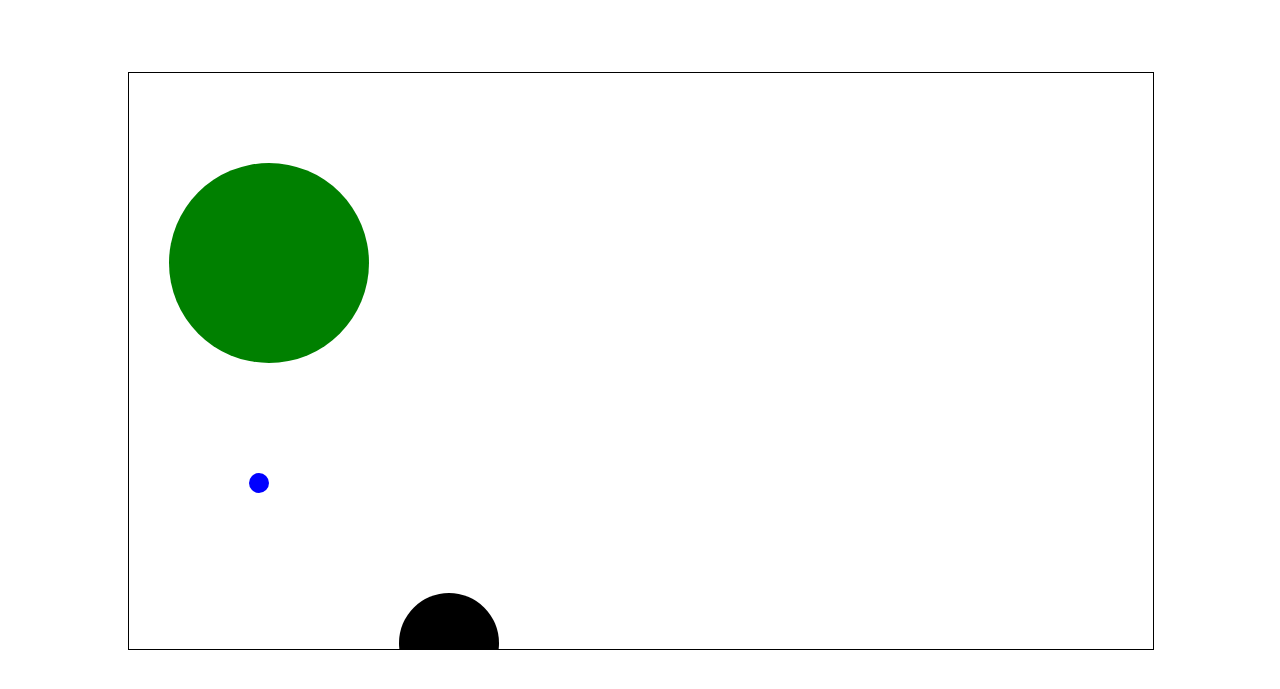
Repository: themoomooo/testgitajout
Page: index.html
These files come from the project's save history. The page is drawn as it stood at one moment and after a run of saves; the edit follows.
The browser window is 1280 px wide. The pictures show the whole page.

Above is the page before, as saved 2023-01-23 16:20:41.

### index.html
<!DOCTYPE html>
<html lang="en">
<head>
    <meta charset="UTF-8">
    <meta http-equiv="X-UA-Compatible" content="IE=edge">
    <meta name="viewport" content="width=device-width, initial-scale=1.0">
    <title>Document</title>
</head>
<body>
    <main style="position:absolute; top:10%; left:10%; width:80%;height:80%;border:1px solid #000; overflow:hidden"></main>

<script src="main.js"></script>
</body>

</html>

### main.js


let terrain = document.querySelector('main');

class Ball {
    constructor(x,y,width, height, color, radius){
        this.x=x;
        this.y=y;
        this.width = width;
        this.height = height;
        this.color = color;
        this.radius = radius;
        this.monojectDom = null;

        this.setOjectDom();
    }

    setOjectDom(){
        this.monOjectDom = document.createElement('div');
        this.monOjectDom.style = `position:relative ; top:${this.y}px ; left:${this.x}px; width:${this.width}px ; height:${this.height}px ; background:${this.color}; border-radius:${this.radius}px`;
    }
    getOjectDom(){

        return this.monOjectDom;

    }
    move(){
        this.x+=10;
        this.monOjectDom.style.left = `${this.x}px`;
    }

}




class Prog {

   constructor(terrain){
       this.terrain = terrain;
       this.balles = [];

   }
   add(ball){
    this.balles.push(ball);

   }

   run() {
    this.balles.forEach((ball)=>{
        this.terrain.appendChild(ball.getOjectDom());
    });

     this.move();
   }

    move(){
    for (let i = 0; i < this.balles.length; i++) {
        this.balles[i].move();
       }
    }
}




const monBallon = new Ball(100,150,50,50,'red',25);
const monBallon2 = new Ball(100,350,20,20,'blue',10);
const monBallon3 = new Ball(20,20,200,200,'green',100);
const monBallon4 = new Ball(250,250,100,100,'black',50);
const monprog = new Prog (terrain);
monprog.add(monBallon);
monprog.add(monBallon2);
monprog.add(monBallon3);
monprog.add(monBallon4);
monprog.run();
monprog.move();

/*
document.body.append(monBallon.getOjectDom(), monBallon2.getOjectDom());
 */

After the next 3 saves:
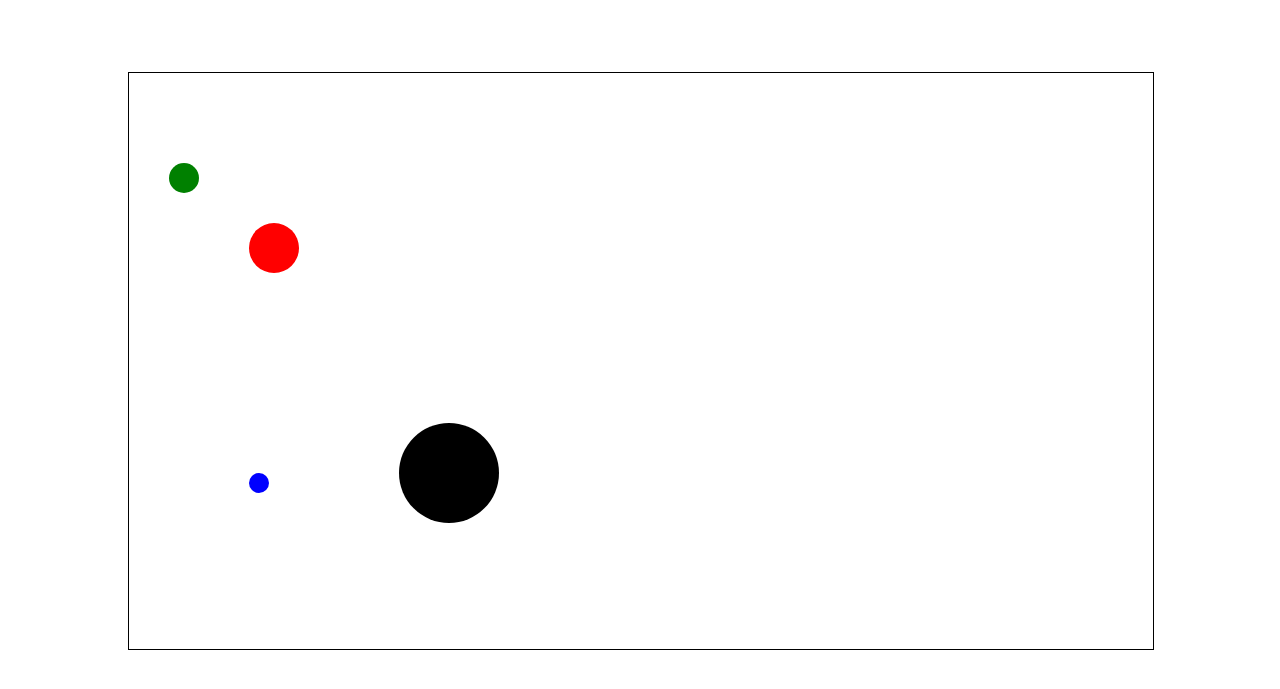
The 3 saves are shown as one change because they came seconds apart.
The last was saved 10 s later.
--- a/main.js
+++ b/main.js
@@ -66,7 +66,7 @@ class Prog {
 
 const monBallon = new Ball(100,150,50,50,'red',25);
 const monBallon2 = new Ball(100,350,20,20,'blue',10);
-const monBallon3 = new Ball(20,20,200,200,'green',100);
+const monBallon3 = new Ball(20,20,30,30,'green',15);
 const monBallon4 = new Ball(250,250,100,100,'black',50);
 const monprog = new Prog (terrain);
 monprog.add(monBallon);
